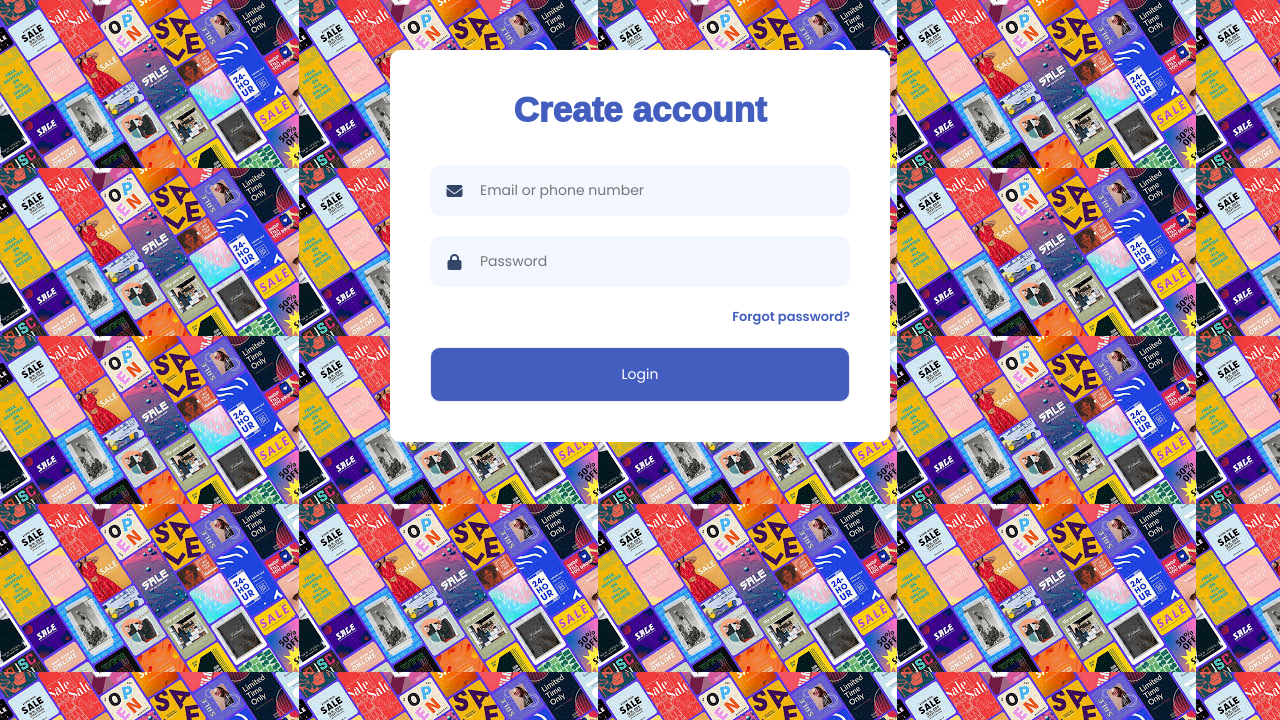
Repository: VuTuanAnh0949/loginForm
Page: index.html
These files come from the project's save history. The page is drawn as it stood at one moment and after the next save; the edit follows.
The browser window is 1280 px wide. The pictures show the whole page.

Above is the page before, as saved 2022-04-15 21:14:53.

### index.html
<!DOCTYPE html>
<html lang="en">
<head>
  <meta charset="UTF-8">
  <meta http-equiv="X-UA-Compatible" content="IE=edge">
  <meta name="viewport" content="width=device-width, initial-scale=1.0">
  <link
  href="https://fonts.googleapis.com/css2?family=Poppins:wght@300;400;600&display=swap"
  rel="stylesheet"
/>
<link rel="stylesheet" href="style.css">
<link rel="stylesheet" href="/fontawesome-free-6.1.1-web/css/all.css">
  <title>Login</title>
</head>
<body>
  <div class="login">
    <div class="login__heading">
      Create account
    </div>
    <div class="login-field">
      <i class="fa-solid fa-envelope login-icon"></i>
      <input type="email" class="login-input" placeholder="Email or phone number">
    </div>
    <div class="login-field">
      <i class="fa-solid fa-lock login-icon"></i>
      <input type="password" class="login-input" placeholder="Password">
    </div>
    <a href="#" class="login__forgot--password">Forgot password?</a>
    <button class="login-submit">Login</button>
  </div>
</body>
</html>

### style.css
html{
  font-size: 62.5%;
  font-family: "Poppins", sans-serif;
}
*{
box-sizing: border-box;
}
body{
  background-image: linear-gradient( 174.2deg,  rgba(255,244,228,1) 7.1%, rgba(240,246,238,1) 67.4% );
  background-image: url("/images\ \(3\).jfif");
  width: auto;

}
.login{
width: 500px;
margin: 50px auto;
padding: 40px;
background-color: white;
border-radius: 10px;
}
.login__heading{
  font-size: 35px;
  font-family: Arial, Helvetica, sans-serif;
  color: #435ebe;
  font-weight: 1000;
  text-align: center;
  padding-bottom: 35px;
}
.login-field{
  display: flex;
  align-items: center;
  background-color: #f2f7ff;
  padding: 15px;
  margin-bottom: 20px;
  border-radius: 10px;
}
.login-icon{
  color: #344667;
  font-size: 16px;
  width: 20px;
  text-align: center;

}
.login-input{
  font-family: "Poppins", sans-serif;
  border: 0;
  padding: 0 0 0 16px;
  background-color: transparent;
  width: 100%;
  outline: none;
  font-size: 14px;
}
.login-submit{
  color: white;
  border-radius: 10px;
  display: block;
  width: 100%;
  border: 0;
  padding: 16px 10px;
   background-color: #435ebe;
   font-size: 14px;
   font-family: "Poppins", sans-serif;
   cursor: pointer;
   outline: none;
   border: 1px solid #eee;
}
.login__forgot--password{
  display: block;
  text-decoration: none;
  text-align: right;
  margin-bottom: 20px;
  font-size: 13px;
  font-weight: 600;
  color: #435ebe;
  }

Loaded but not shown: fontawesome-free-6.1.1-web/css/all.css (library)

After the next save:
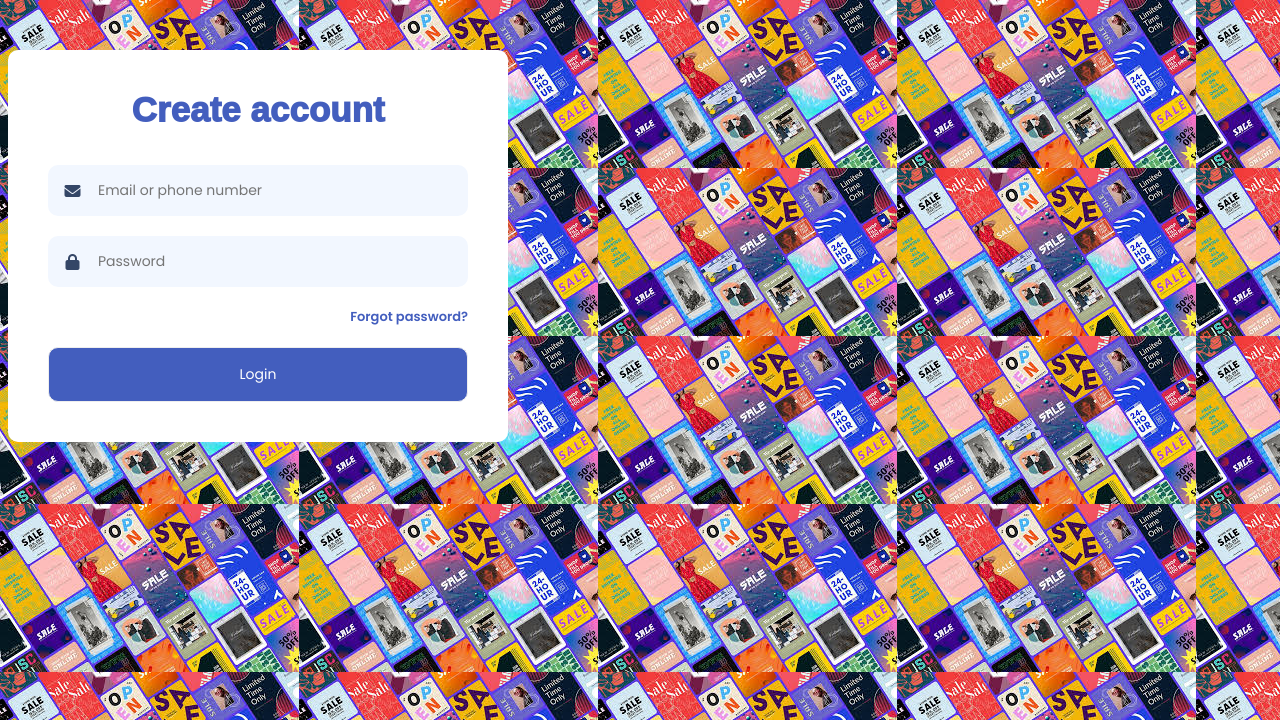
Saved 9 s later.
--- a/style.css
+++ b/style.css
@@ -8,7 +8,7 @@ box-sizing: border-box;
 body{
   background-image: linear-gradient( 174.2deg,  rgba(255,244,228,1) 7.1%, rgba(240,246,238,1) 67.4% );
   background-image: url("/images\ \(3\).jfif");
-  width: auto;
+  width: max-content;
 
 }
 .login{
